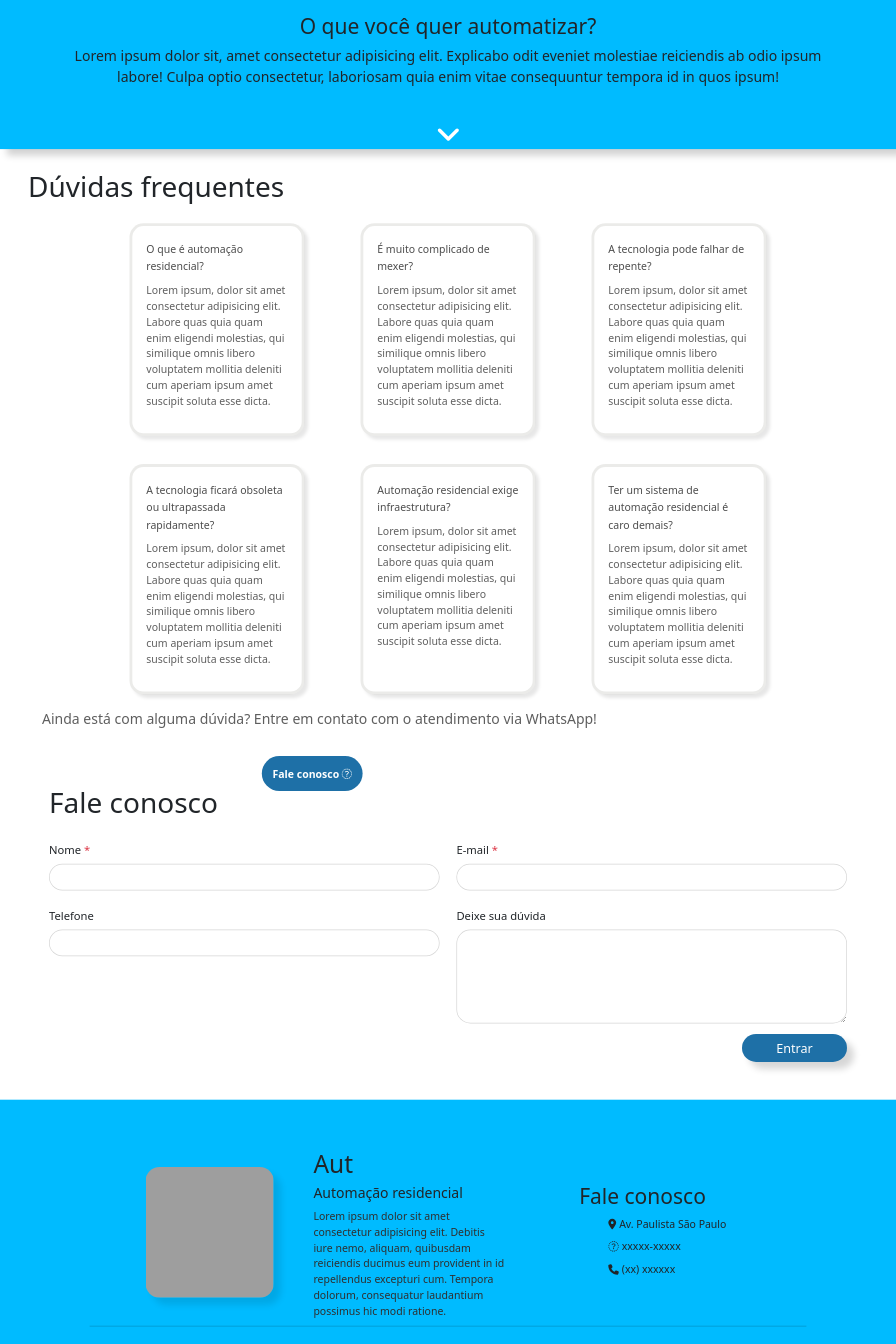
Repository: BulleST/SouHi_Institucional
Page: home.html
These files come from the project's save history. The page is drawn as it stood at one moment and after the next save; the edit follows.
The browser window is 1280 px wide. The pictures show the part of the page from y = 1470 to 3390 px (the page is 3401 px tall before and 3571 px after), at 70% of full size.
Pictures or frames that could not be fetched are drawn as grey boxes.

Above is the page before, as saved 2022-10-27 17:52:40.

After the next save:
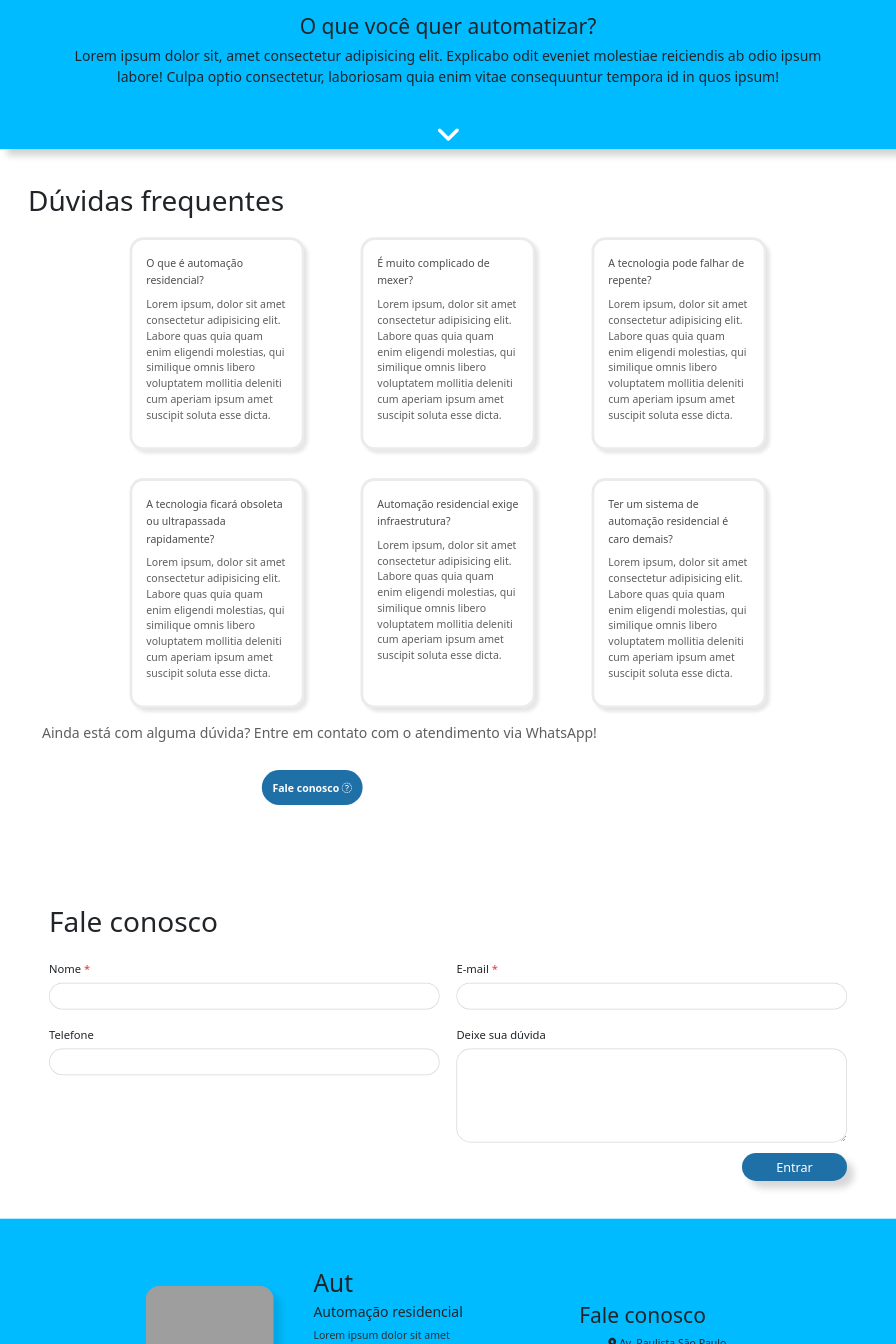
Saved 7 s later.
--- a/home.html
+++ b/home.html
@@ -244,7 +244,7 @@
 
 
     <div class="wrapper">
-      <div class="beneficios" >
+      <div class="duvidas" >
         <h1>Dúvidas frequentes</h1>
         <div class="duvida-card">
           <div class="grupo1">
